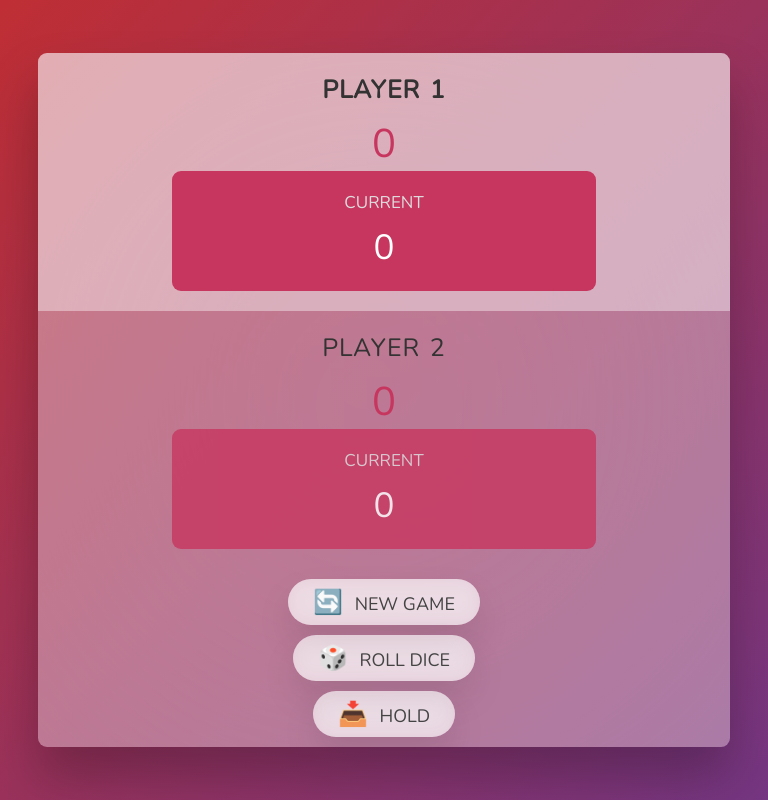
Repository: AbanoubSamyTawfek2002/pig-game
Page: index.html
An editor plug-in stored every save of this project. The page is shown before and after the next save, followed by the edit.
The browser window is 768 px wide. The pictures show the whole page.

Above is the page before, as saved 2025-10-02 00:44:06.

### index.html
<!DOCTYPE html>
<html lang="en">
  <head>
    <meta charset="UTF-8" />
    <meta name="viewport" content="width=device-width, initial-scale=1.0" />
    <meta http-equiv="X-UA-Compatible" content="ie=edge" />
    <link rel="stylesheet" href="style.css" />
    <title>Pig Game</title>
  </head>
  <body>
    <main>
      <!-- Player 1 -->
      <section class="player player--0 player--active">
        <h2 class="name" id="name--0">Player 1</h2>
        <p class="score" id="score--0">0</p>
        <div class="current">
          <p class="current-label">Current</p>
          <p class="current-score" id="current--0">0</p>
        </div>
      </section>

      <!-- Player 2 -->
      <section class="player player--1">
        <h2 class="name" id="name--1">Player 2</h2>
        <p class="score" id="score--1">0</p>
        <div class="current">
          <p class="current-label">Current</p>
          <p class="current-score" id="current--1">0</p>
        </div>
      </section>

      <!-- Dice -->
      <img src="dice-5.png" alt="Playing dice" class="dice hidden" />

      <!-- Controls -->
      <div class="controls">
        <button class="btn btn--new">🔄 New game</button>
        <button class="btn btn--roll">🎲 Roll dice</button>
        <button class="btn btn--hold">📥 Hold</button>
      </div>
    </main>

    <script src="script.js"></script>
  </body>
</html>

### style.css
@import url('https://fonts.googleapis.com/css2?family=Nunito&display=swap');

* {
  margin: 0;
  padding: 0;
  box-sizing: inherit;
}

html {
  font-size: 62.5%;
  box-sizing: border-box;
}

body {
  font-family: 'Nunito', sans-serif;
  font-weight: 400;
  height: 100vh;
  color: #333;
  background-image: linear-gradient(to top left, #753682 0%, #bf2e34 100%);
  display: flex;
  align-items: center;
  justify-content: center;
}

.hidden {
  display: none;
}

/* LAYOUT */
main {
  position: relative;
  width: 90%;
  max-width: 100rem;
  height: auto;
  aspect-ratio: 5/3;
  background-color: rgba(255, 255, 255, 0.35);
  backdrop-filter: blur(200px);
  box-shadow: 0 3rem 5rem rgba(0, 0, 0, 0.25);
  border-radius: 9px;
  overflow: hidden;
  display: flex;
  flex-wrap: wrap;
}

.player {
  flex: 1 1 50%;
  padding: 5rem 2rem;
  display: flex;
  flex-direction: column;
  align-items: center;
  transition: all 0.75s;
}

/* ELEMENTS */
.name {
  position: relative;
  font-size: 4rem;
  text-transform: uppercase;
  letter-spacing: 1px;
  word-spacing: 2px;
  font-weight: 300;
  margin-bottom: 1rem;
}

.score {
  font-size: 8rem;
  font-weight: 300;
  color: #c7365f;
  margin-bottom: auto;
}

.player--active {
  background-color: rgba(255, 255, 255, 0.4);
}
.player--active .name {
  font-weight: 700;
}
.player--active .score {
  font-weight: 400;
}

.player--active .current {
  opacity: 1;
}

.current {
  background-color: #c7365f;
  opacity: 0.8;
  border-radius: 9px;
  color: #fff;
  width: 65%;
  padding: 2rem;
  text-align: center;
  transition: all 0.75s;
}

.current-label {
  text-transform: uppercase;
  margin-bottom: 1rem;
  font-size: 1.7rem;
  color: #ddd;
}

.current-score {
  font-size: 3.5rem;
}

/* ABSOLUTE ELEMENTS */
.btn {
  position: absolute;
  left: 50%;
  transform: translateX(-50%);
  color: #444;
  background: none;
  border: none;
  font-family: inherit;
  font-size: 1.8rem;
  text-transform: uppercase;
  cursor: pointer;
  font-weight: 400;
  transition: all 0.2s;
  background-color: rgba(255, 255, 255, 0.6);
  backdrop-filter: blur(10px);
  padding: 0.7rem 2.5rem;
  border-radius: 50rem;
  box-shadow: 0 1.75rem 3.5rem rgba(0, 0, 0, 0.1);
}

.btn::first-letter {
  font-size: 2.4rem;
  display: inline-block;
  margin-right: 0.7rem;
}

.btn--new {
  top: 4rem;
}
.btn--roll {
  top: 39.3rem;
}
.btn--hold {
  top: 46.1rem;
}

.btn:active {
  transform: translate(-50%, 3px);
  box-shadow: 0 1rem 2rem rgba(0, 0, 0, 0.15);
}

.btn:focus {
  outline: none;
}

.dice {
  position: absolute;
  left: 50%;
  top: 25%;
  transform: translateX(-50%);
  width: 15vw;
  max-width: 10rem;
  height: auto;
  box-shadow: 0 2rem 5rem rgba(0, 0, 0, 0.2);
}

.player--winner {
  background-color: #2f2f2f;
}
.player--winner .name {
  font-weight: 700;
  color: #c7365f;
}

/* 📱 Responsive */
@media (max-width: 768px) {
  main {
    flex-direction: column;
    aspect-ratio: auto;
    height: auto;
  }

  .player {
    flex: 1 1 100%;
    padding: 2rem;
  }

  .score {
    font-size: 4rem;
  }

  .name {
    font-size: 2.5rem;
  }

  .dice {
    position: relative;
    margin: 2rem auto;
    top: auto;
    transform: none;
    width: 30vw;
  }

  .btn {
    position: relative;
    transform: none;
    margin: 1rem auto;
    left: auto;
    top: auto;
    display: block;
  }
}

### script.js
'use strict';

const score0El = document.getElementById('score--0');
const score1El = document.getElementById('score--1');
const diceEl = document.querySelector('.dice');
const btnNew = document.querySelector('.btn--new');
const btnRoll = document.querySelector('.btn--roll');
const btnHold = document.querySelector('.btn--hold');
const current0 = document.getElementById('current--0');
const current1 = document.getElementById('current--1');
const playerActive0 = document.querySelector('.player--0');
const playerActive1 = document.querySelector('.player--1');
let scores = [0, 0];
let currentscore0 = 0;
let currentPlayer = 0;
score0El.textContent = 0;
score1El.textContent = 0;
diceEl.classList.add('hidden');
const switchPlayer = function () {
  document.getElementById(`current--${currentPlayer}`).textContent = 0;
  currentPlayer = currentPlayer === 0 ? 1 : 0;
  currentscore0 = 0;
  playerActive0.classList.toggle('player--active');
  playerActive1.classList.toggle('player--active');
};
let playerState = true;

btnRoll.addEventListener('click', () => {
  if (playerState) {
    const random = Math.trunc(Math.random() * 6 + 1);
    diceEl.classList.remove('hidden');
    diceEl.src = `dice-${random}.png`;
    if (random !== 1) {
      currentscore0 += random;
      document.getElementById(`current--${currentPlayer}`).textContent =
        currentscore0;
    } else {
      switchPlayer();
    }
  }
});

btnHold.addEventListener('click', () => {
  if (playerState) {
    scores[currentPlayer] += currentscore0;
    document.getElementById(`score--${currentPlayer}`).textContent =
      scores[currentPlayer];
    if (scores[currentPlayer] >= 100) {
      playerState = false;
      document
        .querySelector(`.player--${currentPlayer}`)
        .classList.add('player--winner');
      document
        .querySelector(`.player--${currentPlayer}`)
        .classList.remove('player--active');
      diceEl.classList.add('hidden');
    } else {
      switchPlayer();
    }
  }
});

btnNew.addEventListener('click', () => {
  document
    .querySelector(`.player--${currentPlayer}`)
    .classList.remove('player--winner');
  document.querySelector(`.player--0`).classList.add('player--active');
  scores = [0, 0];
  currentPlayer = 0;
  currentscore0 = 0;
  playerState = true;
  diceEl.classList.add('hidden');
  current0.textContent = 0;
  current1.textContent = 0;
  score1El.textContent = 0;
  score0El.textContent = 0;
});

After the next save:
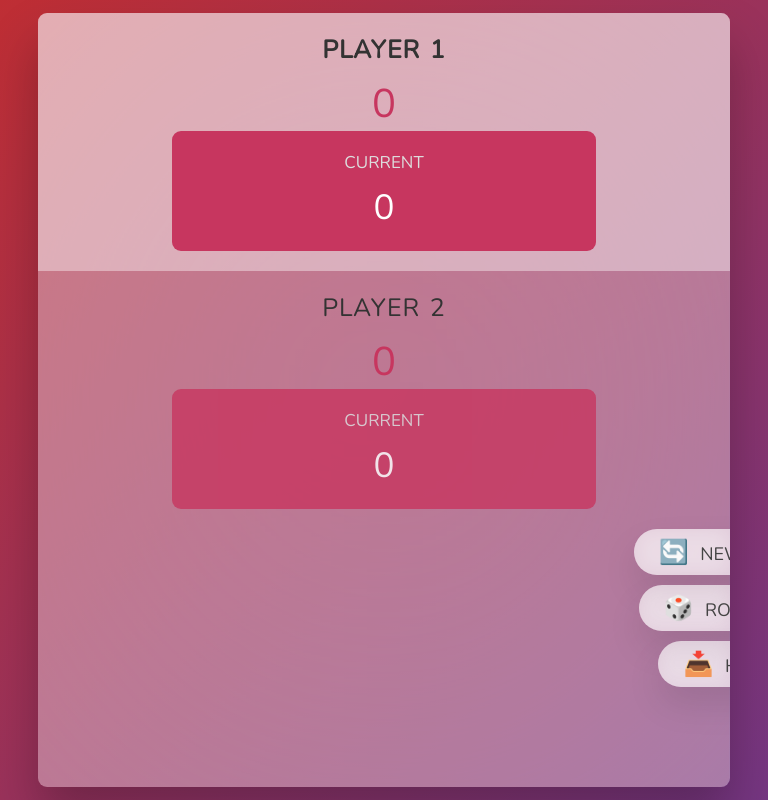
Saved 11 s later.
--- a/style.css
+++ b/style.css
@@ -40,6 +40,7 @@
   overflow: hidden;
   display: flex;
   flex-wrap: wrap;
+  justify-content: space-between;
 }
 
 .player {
@@ -105,11 +106,8 @@
   font-size: 3.5rem;
 }
 
-/* ABSOLUTE ELEMENTS */
+/* BUTTONS */
 .btn {
-  position: absolute;
-  left: 50%;
-  transform: translateX(-50%);
   color: #444;
   background: none;
   border: none;
@@ -132,18 +130,8 @@
   margin-right: 0.7rem;
 }
 
-.btn--new {
-  top: 4rem;
-}
-.btn--roll {
-  top: 39.3rem;
-}
-.btn--hold {
-  top: 46.1rem;
-}
-
 .btn:active {
-  transform: translate(-50%, 3px);
+  transform: translateY(3px);
   box-shadow: 0 1rem 2rem rgba(0, 0, 0, 0.15);
 }
 
@@ -151,6 +139,17 @@
   outline: none;
 }
 
+/* CONTROLS CONTAINER */
+.controls {
+  position: absolute;
+  bottom: 2rem;
+  left: 50%;
+  transform: translateX(-50%);
+  display: flex;
+  gap: 1rem;
+}
+
+/* DICE */
 .dice {
   position: absolute;
   left: 50%;
@@ -162,6 +161,7 @@
   box-shadow: 0 2rem 5rem rgba(0, 0, 0, 0.2);
 }
 
+/* WINNER */
 .player--winner {
   background-color: #2f2f2f;
 }
@@ -176,6 +176,7 @@
     flex-direction: column;
     aspect-ratio: auto;
     height: auto;
+    padding-bottom: 6rem;
   }
 
   .player {
@@ -199,12 +200,11 @@
     width: 30vw;
   }
 
-  .btn {
+  .controls {
     position: relative;
     transform: none;
-    margin: 1rem auto;
-    left: auto;
-    top: auto;
-    display: block;
-  }
-}
+    flex-direction: column;
+    align-items: center;
+    margin: 2rem auto;
+  }
+}

After the save that followed:
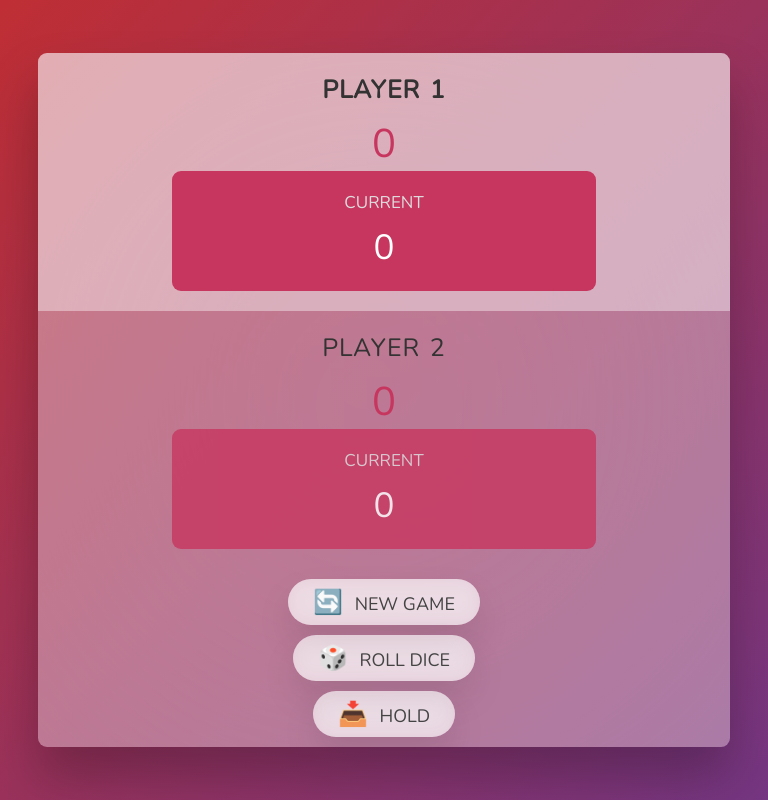
Saved 16 s later.
--- a/style.css
+++ b/style.css
@@ -40,7 +40,6 @@
   overflow: hidden;
   display: flex;
   flex-wrap: wrap;
-  justify-content: space-between;
 }
 
 .player {
@@ -106,8 +105,11 @@
   font-size: 3.5rem;
 }
 
-/* BUTTONS */
+/* ABSOLUTE ELEMENTS */
 .btn {
+  position: absolute;
+  left: 50%;
+  transform: translateX(-50%);
   color: #444;
   background: none;
   border: none;
@@ -130,8 +132,18 @@
   margin-right: 0.7rem;
 }
 
+.btn--new {
+  top: 4rem;
+}
+.btn--roll {
+  top: 39.3rem;
+}
+.btn--hold {
+  top: 46.1rem;
+}
+
 .btn:active {
-  transform: translateY(3px);
+  transform: translate(-50%, 3px);
   box-shadow: 0 1rem 2rem rgba(0, 0, 0, 0.15);
 }
 
@@ -139,17 +151,6 @@
   outline: none;
 }
 
-/* CONTROLS CONTAINER */
-.controls {
-  position: absolute;
-  bottom: 2rem;
-  left: 50%;
-  transform: translateX(-50%);
-  display: flex;
-  gap: 1rem;
-}
-
-/* DICE */
 .dice {
   position: absolute;
   left: 50%;
@@ -161,7 +162,6 @@
   box-shadow: 0 2rem 5rem rgba(0, 0, 0, 0.2);
 }
 
-/* WINNER */
 .player--winner {
   background-color: #2f2f2f;
 }
@@ -176,7 +176,6 @@
     flex-direction: column;
     aspect-ratio: auto;
     height: auto;
-    padding-bottom: 6rem;
   }
 
   .player {
@@ -200,11 +199,12 @@
     width: 30vw;
   }
 
-  .controls {
+  .btn {
     position: relative;
     transform: none;
-    flex-direction: column;
-    align-items: center;
-    margin: 2rem auto;
-  }
-}
+    margin: 1rem auto;
+    left: auto;
+    top: auto;
+    display: block;
+  }
+}
